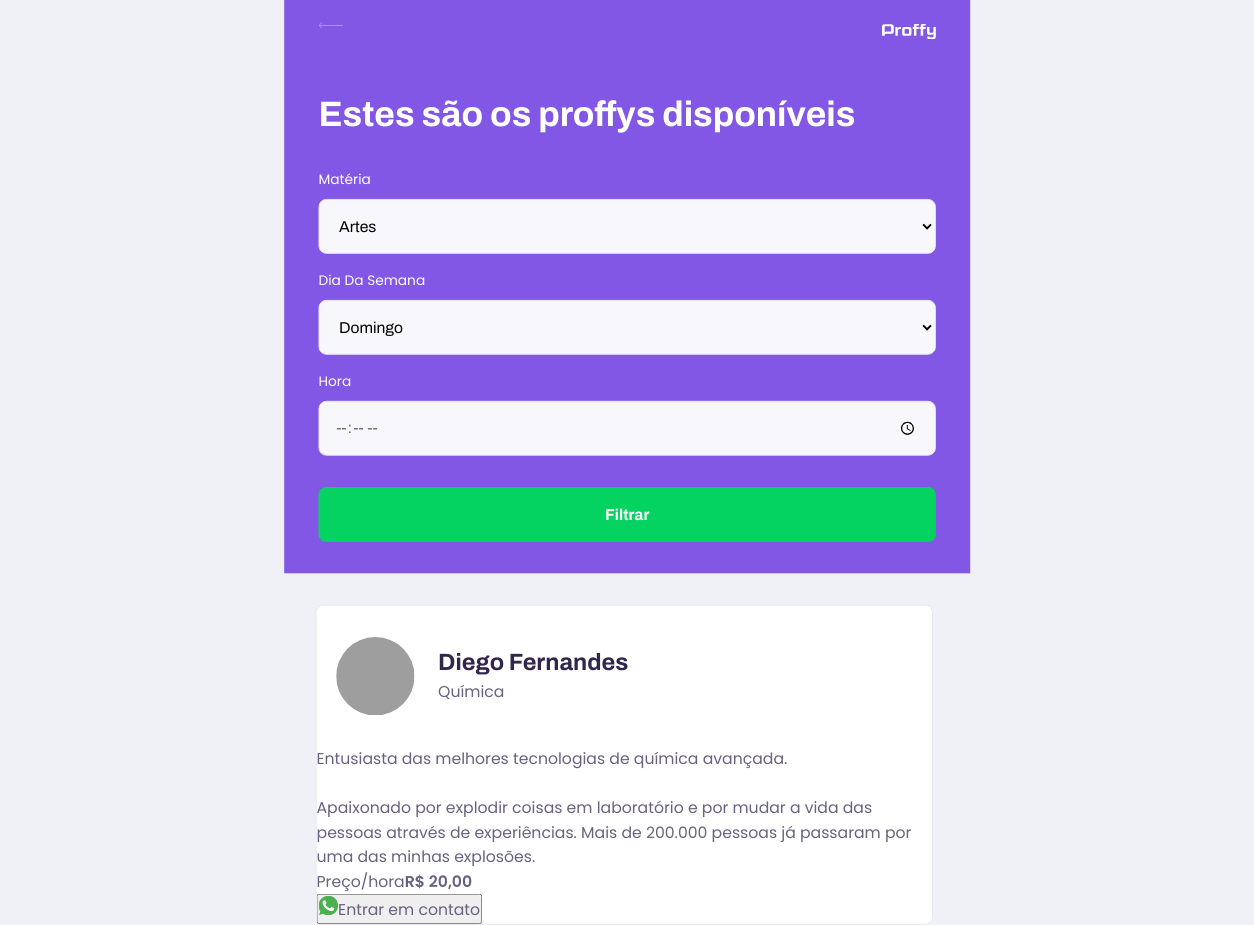
Repository: LukeVersus/NLW
Page: study.html
The author's editor kept a copy of each file at every save. The page is drawn from the files as they stood at one save, then again after the next save.
The browser window is 1280 px wide. The pictures show the whole page, at 98% of full size.
Pictures or frames that could not be fetched are drawn as grey boxes.

Above is the page before, as saved 2020-08-05 00:43:57.

### study.html
<!DOCTYPE html>
<html lang="pt_br">
<head>
    <meta charset="UTF-8">
    <meta name="viewport" content="width=device-width, initial-scale=1.0">
    <title>Proffy | Sua Plataforma de Estudos Online</title>
    <link rel="stylesheet" href="/styles/main.css">
    <link rel="stylesheet" href="/styles/partials/page-study.css">
    <link href="https://fonts.googleapis.com/css2?family=Archivo:wght@400;700&amp;family=Poppins:wght@400;600&amp;display=swap" rel="stylesheet">

</head>
<body id="page-study">

    <div id="container">
        <header class="page-header">
            <div class="top-bar-container">
                <a href="/">
                    <img src="/images/icons/back.svg" alt="Voltar">
                </a>
                <img src="/images/logo.svg" alt="Proffy">
            </div>
            <div class="header-content">
                <strong>Estes são os proffys disponíveis</strong>
                <form id="search-teachers">
                    <div class="select-block">
                        <label for="subject">Matéria</label>
                        <select name="subject" id="subject">
                            <option value="" disabled="" hidden="">Selecione Uma Opção</option>
                            <option value="1">Artes</option>
                            <option value="2">Biologia</option>
                            <option value="3">Ciências</option>
                            <option value="4">Educação Física</option>
                            <option value="5">Espanhol</option>
                            <option value="6">Física</option>
                            <option value="7">Geografia</option>
                            <option value="8">História</option>
                            <option value="9">Inglês</option>
                            <option value="10">Matemática</option>
                            <option value="11">Português</option>
                            <option value="12">Química</option>
                        </select>
                    </div>
                    <div class="select-block">
                        <label for="weekday">Dia Da Semana</label>
                        <select name="weekday" id="weekday">
                            <option value="" disabled="" hidden="">Selecione Uma Opção</option>
                            <option value="1">Domingo</option>
                            <option value="2">Segunda-Feira</option>
                            <option value="3">Terça-Feira</option>
                            <option value="4">Quarta-Feira</option>
                            <option value="5">Quinta-Feira</option>
                            <option value="6">Sexta-Feira</option>
                            <option value="7">Sábado</option>
                        </select>
                    </div>
                    <div class="input-block">
                        <label for="time">Hora</label>
                        <input name="time" id="time" type="time"/>
                    </div>
                    <button type="submit">Filtrar</button>
                </form>
            </div>
        </header>
        <main>
            <article class="teacher-item">
                <header>
                    <img
                        src="https://avatars2.githubusercontent.com/u/2254731?s=460&amp;u=0ba16a79456c2f250e7579cb388fa18c5c2d7d65&amp;v=4"
                        alt="Diego Fernandes">
                    <div>
                        <strong>Diego Fernandes</strong>
                        <span>Química</span>
                    </div>
                </header>

                <p>Entusiasta das melhores tecnologias de química avançada.<br><br>Apaixonado por explodir coisas em laboratório e por mudar a vida das pessoas através de experiências. Mais de 200.000 pessoas já passaram por uma das minhas explosões.</p>

                <footer>
                    <p>Preço/hora<strong>R$ 20,00</strong>
                    </p>
                    <button type="button">
                        <img src="/images/icons/whatsapp.svg" alt="Whatsapp">Entrar em contato
                    </button>
                </footer>
            </article>
        </main>
    </div>


</body>
</html>

### styles/main.css
:root{
    --color-background: #F0F0F7;
    --color-primary-lighter: #9871F5;
    --color-primary-light: #916BEA;
    --color-primary: #8257E5;
    --color-primary-dark: #774DD6;
    --color-primary-darker: #6842C2;
    --color-secondary: #04D361;
    --color-secondary-dark: #04BF58;
    --color-title-in-primary: #FFFFFF;
    --color-text-in-primary: #D4C2FF;
    --color-text-title: #32264D;
    --color-text-complement: #9C98A6;
    --color-text-base: #6A6180;
    --color-line-in-white: #E6E6F0;
    --color-input-background: #F8F8FC;
    --color-button-text: #FFFFFF;
    --color-box-base: #FFFFFF;
    --color-box-footer: #FAFAFC;
    --color-small-info: #C1BCCC;
    /*tamanho da fonte padrão: 16px - 100% - 1rem */
    font-size: 60%; /*Controle das medidas rem e % */
}

* {
    margin: 0;
    padding: 0;
    box-sizing: border-box;
}

html, body{
    height: 100vh;
}

body{
    background: var(--color-background);
    display: flex;
    align-items: center;
    justify-content: center;
}

body, input, button, textarea{
    font: 500 1.6rem Poppins;
    color: var(--color-text-base);
}

#container{
    width: 90vw;
    max-width: 700px;
}

@media (min-width: 700px){
    :root{
        font-size: 62.5%;
    }
}

### styles/partials/page-study.css
#page-study #container{
    width: 100vw;
    height: 100vh;
}

.page-header{
    background-color: var(--color-primary);
    display: flex;
    flex-direction: column;
}

.page-header .top-bar-container{
    width: 90%;
    margin: 0 auto;
    display: flex;
    align-items: center;
    justify-content: space-between;
    padding: 1.6rem 0;
}

.page-header .top-bar-container a{
    height: 3.2rem;
    transition: opacity 0.2s;
}

.page-header .top-bar-container a:hover{
    opacity: 0.6;
}

.page-header .top-bar-container img{
    height: 1.6rem;
}

.page-header .header-content{
    width: 90%;
    margin: 3.2rem auto;
}

.page-header .header-content strong{
    font: 700 3.6rem Archivo;
    line-height: 4.2rem;
    color: var(--color-title-in-primary);
}

#search-teachers{
    margin-top: 3.2rem;
}

#search-teachers label{
    color: var(--color-title-in-primary);
}

#search-teachers .select-block{
    margin-bottom: 1.4rem;
}

#search-teachers button{
    width: 100%;
    height: 5.6rem;
    background: var(--color-secondary);
    color: var(--color-button-text);
    border: 0;
    border-radius: 0.8rem;
    cursor: pointer;
    font: 700 1.6rem Archivo;
    display: flex;
    align-items: center;
    justify-content: center;
    text-decoration: none;
    transition: background 0.2s;
    margin-top: 3.2rem;
}

#search-teachers button:hover{
    background-color: var(--color-secondary-dark);
}

.select-block label,
.input-block label{
    font-size: 1.4rem;
    color: var(--color-text-complement);
}

.input-block input,
.select-block select{
    width: 100%;
    height: 5.6rem;
    margin-top: 0.8rem;
    border-radius: 0.8rem;
    background: var(--color-input-background);
    border: 1px solid var(--color-line-in-white);
    outline: 0;
    padding: 0 1.6rem;
    font: 1.6rem Archivo;
}

.input-block{
    position: relative;
}

.input-block:focus-within::after{
    content: "";
    width: calc(100% - 3.2rem);
    height: 2px;
    background: var(--color-primary-light);
    position: absolute;
    left: 1.6rem;
    right: 1.6rem;
    bottom: 0;
}

#page-study main{
    margin: 3.2rem;
    width: 90%;
}

.teacher-item{
    background-color: var(--color-box-base);
    border: 1px solid var(--color-line-in-white);
    border-radius: 0.8rem;
    margin-top: 2.4rem;
}

.teacher-item header{
    padding: 3.2rem 2rem;
    display: flex;
    align-items: center;
}

.teacher-item header img{
    width: 8rem;
    height: 8rem;
    border-radius: 50%;
}

.teacher-item header div{
    margin-left: 2.4rem;
}

.teacher-item header div strong{
    font: 700 2.4rem Archivo;
    display: block;
    color: var(--color-text-title);
}

.teacher-item header div span{
    font-size: 1.6rem;
    display: block;
    margin-top: 0.4rem;
}

After the next save:
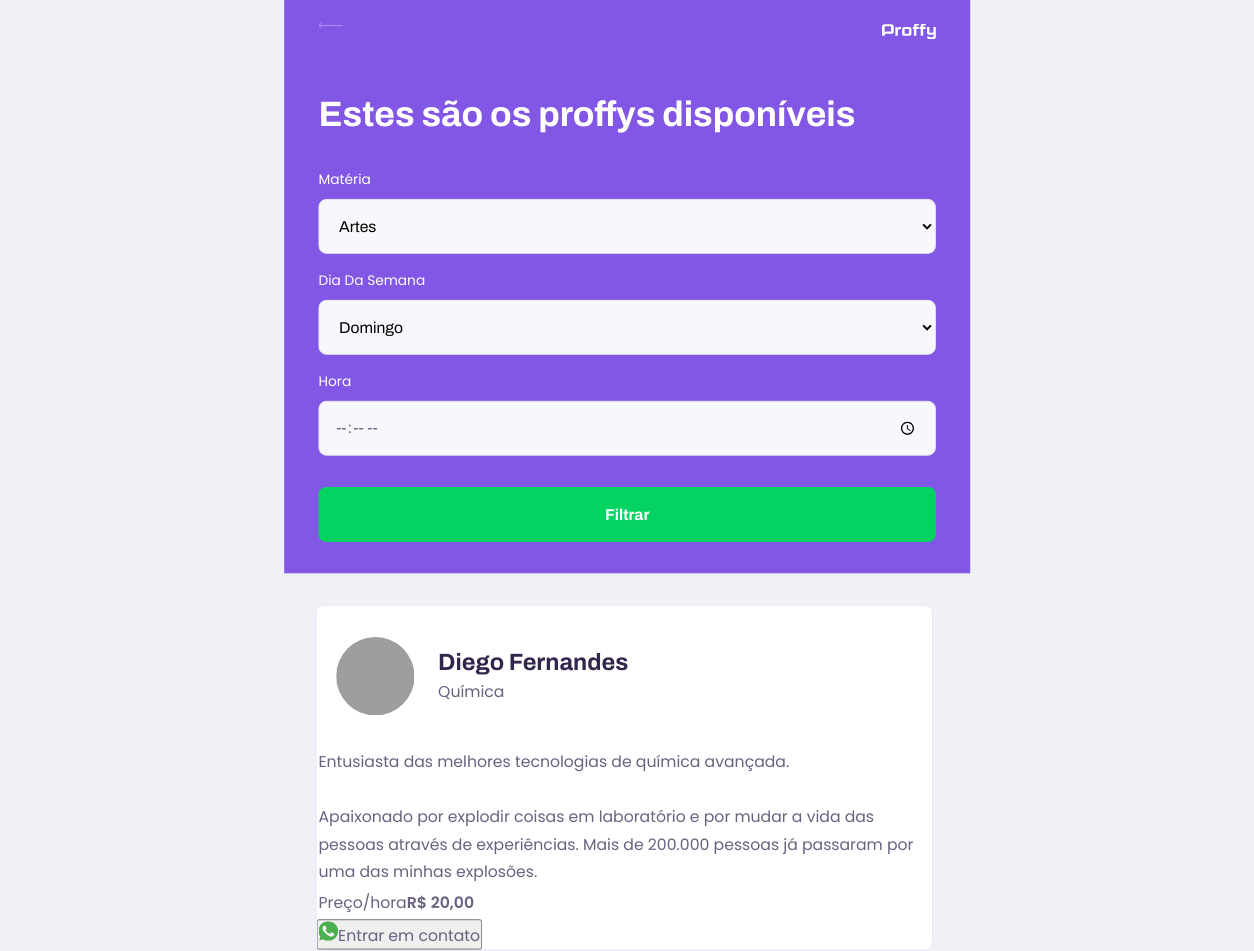
Saved 46 s later.
--- a/styles/partials/page-study.css
+++ b/styles/partials/page-study.css
@@ -148,3 +148,9 @@
     display: block;
     margin-top: 0.4rem;
 }
+
+.teacher-item p{
+    padding: 0.2rem;
+    font-size: 1.6rem;
+    line-height: 2.8rem;
+}
